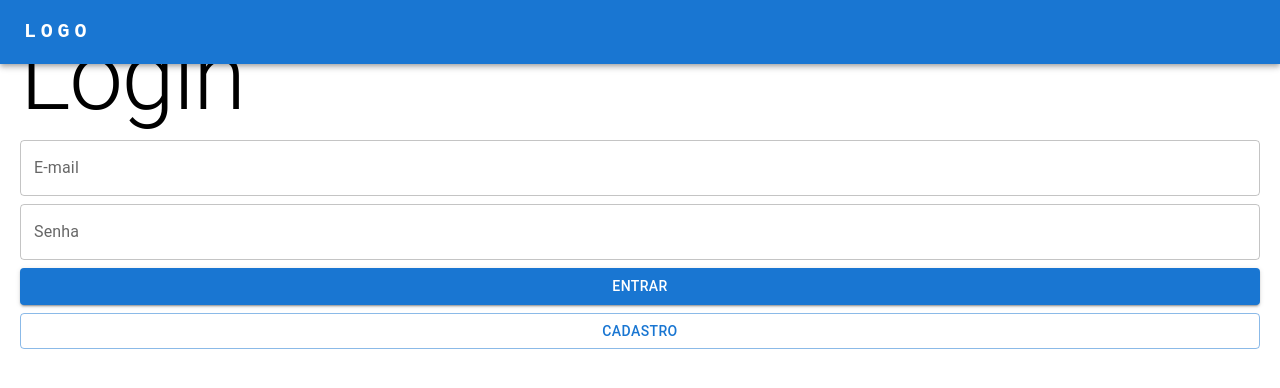
Repository: GabrielLeao02/sistema-react
Page: /
An editor plug-in stored every save of this project. The page is shown before and after the next save, followed by the edit.
The browser window is 1280 px wide. The pictures show the whole page.
The project was rebuilt for these pictures with package versions that can differ from the ones it lists, and the page was loaded fresh each time. Also part of the build but not shown: src/presenter/home/home.tsx, src/presenter/form/formUser.tsx.

Above is the page before, as saved 2023-07-25 13:52:11.

### index.html
<!DOCTYPE html>
<html lang="en">
  <head>
    <meta charset="UTF-8" />
    <link rel="icon" type="image/svg+xml" href="/vite.svg" />
    <meta name="viewport" content="width=device-width, initial-scale=1.0" />
    <title>Vite + React + TS</title>
    <style>
      html, body{
        margin: 0;
        padding: 0;
        box-sizing: border-box;
      }
    </style>
  </head>
  <body>
    <div id="root"></div>
    <script type="module" src="/src/main.tsx"></script>
  </body>
</html>

### src/App.tsx

import { Routes, Route, BrowserRouter } from 'react-router-dom';
import Home from './presenter/home/home';
import Register from './presenter/register/register';
import NavBar from './presenter/navBar/navBar';
import ContainerGlobal from './presenter/containerGlobal/containerGlobal';
import ContainerStyled from './presenter/containerGlobal/containerStyled';

function App() {
	return (
		<>
			<NavBar />
			<ContainerGlobal>

					<BrowserRouter>
						<Routes>
							<Route path='/' element={<Register />} />
							<Route path='/home' element={<ContainerStyled><Home /></ContainerStyled>} />
							<Route path='/register' element={<Register />} />
						</Routes>
					</BrowserRouter>

			</ContainerGlobal>
		</>
	);
}

export default App;

### src/presenter/register/register.tsx
import { useState } from 'react';
import FormUser from "../form/formUser";
import FormLogin from "../form/formLogin";

function Register() {
    const [mostrarBotao, setMostrarBotao] = useState(false);

    return (
        <>
            {mostrarBotao ? <FormUser setMostrarBotao={setMostrarBotao} /> : <FormLogin setMostrarBotao={setMostrarBotao} />}
        </>
    );
}

export default Register;

### src/presenter/navBar/navBar.tsx
import * as React from 'react';
import AppBar from '@mui/material/AppBar';
import Box from '@mui/material/Box';
import Toolbar from '@mui/material/Toolbar';
import IconButton from '@mui/material/IconButton';
import Typography from '@mui/material/Typography';
import Menu from '@mui/material/Menu';
import MenuIcon from '@mui/icons-material/Menu';
import Container from '@mui/material/Container';
import Avatar from '@mui/material/Avatar';
import Button from '@mui/material/Button';
import Tooltip from '@mui/material/Tooltip';
import MenuItem from '@mui/material/MenuItem';
import { styled } from "styled-components";

const NavBarStyled = styled.div`
  box-sizing: border-box;
  position: absolute;
  top: 0;
  width: 100%;
  display: flex;
  border: non;
  justify-content: space-between;
  align-items: center;
`;

const pages = ['register', 'Pricing', 'Blog'];
const settings = ['Profile', 'Account', 'Dashboard', 'Logout'];

const NavBar: React.VFC = () => {
    const [anchorElNav, setAnchorElNav] = React.useState<null | HTMLElement>(null);
    const [anchorElUser, setAnchorElUser] = React.useState<null | HTMLElement>(null);

    const handleOpenNavMenu = (event: React.MouseEvent<HTMLElement>) => {
        setAnchorElNav(event.currentTarget);
    };
    const handleOpenUserMenu = (event: React.MouseEvent<HTMLElement>) => {
        setAnchorElUser(event.currentTarget);
    };

    const handleCloseNavMenu = (event: string) => {
        window.location.href = "/" + event;
    };

    const handleCloseUserMenu = () => {
        setAnchorElUser(null);
    };

    return (
        <NavBarStyled>
            <AppBar position="static">
                <Container maxWidth="xl">
                    <Toolbar disableGutters>
                        <Typography
                            variant="h6"
                            noWrap
                            component="a"
                            href="/home"
                            sx={{
                                fontFamily: 'monospace',
                                fontWeight: 700,
                                letterSpacing: '.3rem',
                                color: 'inherit',
                                textDecoration: 'none',
                            }}
                        >
                            LOGO
                        </Typography>

                        {/* <Box sx={{ flexGrow: 1, display: { xs: 'flex', md: 'none' } }}>
                            <IconButton
                                size="large"
                                aria-label="account of current user"
                                aria-controls="menu-appbar"
                                aria-haspopup="true"
                                onClick={handleOpenNavMenu}
                                color="inherit"
                            >
                                <MenuIcon />
                            </IconButton>
                            <Menu
                                id="menu-appbar"
                                anchorEl={anchorElNav}
                                anchorOrigin={{
                                    vertical: 'bottom',
                                    horizontal: 'left',
                                }}
                                keepMounted
                                transformOrigin={{
                                    vertical: 'top',
                                    horizontal: 'left',
                                }}
                                open={Boolean(anchorElNav)}
                                onClose={handleCloseNavMenu}
                                sx={{
                                    display: { xs: 'block', md: 'none' },
                                }}
                            >
                                {pages.map((page) => (
                                    <MenuItem key={page} onClick={() => handleCloseNavMenu(page)}>
                                        <Typography textAlign="center">{page}</Typography>
                                    </MenuItem>
                                ))}
                            </Menu>
                        </Box>

                        <Box sx={{ flexGrow: 1, display: { xs: 'none', md: 'flex' } }}>
                            {pages.map((page) => (
                                <Button
                                    key={page}
                                    onClick={() => handleCloseNavMenu(page)}
                                    sx={{ my: 2, color: 'white', display: 'block' }}
                                >
                                    {page}
                                </Button>
                            ))}
                        </Box> */}

                        {/* <Box sx={{ flexGrow: 0 }}>
                            <Tooltip title="Open settings">
                                <IconButton onClick={handleOpenUserMenu} sx={{ p: 0 }}>
                                    <Avatar alt="Remy Sharp" src="/static/images/avatar/2.jpg" />
                                </IconButton>
                            </Tooltip>
                            <Menu
                                sx={{ mt: '45px' }}
                                id="menu-appbar"
                                anchorEl={anchorElUser}
                                anchorOrigin={{
                                    vertical: 'top',
                                    horizontal: 'right',
                                }}
                                keepMounted
                                transformOrigin={{
                                    vertical: 'top',
                                    horizontal: 'right',
                                }}
                                open={Boolean(anchorElUser)}
                                onClose={handleCloseUserMenu}
                            >
                                {settings.map((setting) => (
                                    <MenuItem key={setting} onClick={handleCloseUserMenu}>
                                        <Typography textAlign="center">{setting}</Typography>
                                    </MenuItem>
                                ))}
                            </Menu>
                        </Box> */}
                    </Toolbar>
                </Container>
            </AppBar>
        </NavBarStyled>
    );
};

export default NavBar;

### src/presenter/containerGlobal/containerGlobal.tsx
import styled from "styled-components";

const ContainerGlobal = styled.div`
    padding: 20px;
    box-sizing: border-box;
    width: 100%;
    display: flex;
    justify-content: center;

`
export default ContainerGlobal

### src/presenter/containerGlobal/containerStyled.tsx
import styled from "styled-components";

const ContainerStyled = styled.div`
  box-sizing: border-box;
  display: flex;
  justify-content: center;
  flex-direction: column;
  align-items: start;
  margin-top: 80px;
  width: 80%;
  max-width: 800px;
  background: rgba( 255, 255, 255, 0.35 );
  box-shadow: 0 8px 32px 0 rgba( 31, 38, 135, 0.37 );
  backdrop-filter: blur( 13.5px );
  -webkit-backdrop-filter: blur( 13.5px );
  border-radius: 10px;
  border: 1px solid rgba( 255, 255, 255, 0.18 );
  padding: 20px;
`;
export default ContainerStyled

### src/presenter/form/formLogin.tsx
import React, { useState } from "react";


import styled from "styled-components";
import { SelectChangeEvent, Button, TextField, Typography } from '@mui/material';
import sha256 from 'sha256';


const FormStyled = styled.div`
  box-sizing: border-box;
  display: flex;
  flex-direction: column;
  width: 100%;
  gap: 8px;
`;

type FormLoginProps = {
    setMostrarBotao: (value: boolean) => void;
};

function FormLogin({ setMostrarBotao }: FormLoginProps) {
    const [usuario_email_error, setUsuarioEmailError] = useState(false);
    const [emailErrorText, setEmailErrorText] = useState("");
    const [loading, setLoading] = useState(false);
    const [errorLogin, setErrorLogin] = useState(false);
    const [formData, setFormData] = useState({
        usuario_email: "",
        usuario_senha: ""
    });

    const handleChange = (e: SelectChangeEvent<string[]> | React.ChangeEvent<{ name: string; value: unknown }>) => {
        const { name, value } = e.target as HTMLInputElement;
        setFormData((prevData) => ({ ...prevData, [name]: value }));
    };

    const isEmailValid = (email: string) => {
        // Expressão regular para validar o email
        const emailRegex = /^[^\s@]+@[^\s@]+\.[^\s@]+$/;
        return emailRegex.test(email);
    };

    const login = () => {
        // Lógica do login

        // Após o login ser realizado com sucesso, chame a função setMostrarBotao
        setMostrarBotao(true);
    };

    const handleSubmit = async () => {
        setLoading(true)
        try {
            const { usuario_email, usuario_senha } = formData;

            if (!isEmailValid(usuario_email)) {
                setUsuarioEmailError(true)
                setEmailErrorText("Insira um email valido!")
                setLoading(false)
                return;
            } else {
                setUsuarioEmailError(false)
                setEmailErrorText("")
            }


            //   formData.usuario_senha = hashedPassword;
            const hashedPassword = sha256(usuario_senha);
            formData.usuario_senha = hashedPassword;

            const response = await fetch("http://localhost:5000/login", {
                method: "POST",
                headers: {
                    "Content-Type": "application/json",
                },
                body: JSON.stringify(formData),
            });

            if (!response.ok) {
                setLoading(false)
                throw new Error("Erro ao logar");
            } else {
                window.location.href = "/home";
            }

            setFormData({
                usuario_email: "",
                usuario_senha: ""
            });
        } catch (error) {
            console.error(error);
        }
    };

    return (
        <>
            <FormStyled>
                <div style={{ display: "flex", justifyContent: "start", alignItems: "center" }}>
                    <Typography variant="h1">Login</Typography>
                    {errorLogin ? <h1>teste</h1> : <></>}
                </div>

                <TextField
                    id="usuario_email"
                    name="usuario_email"
                    error={usuario_email_error}
                    label="E-mail"
                    type="email"
                    variant="outlined"
                    value={formData.usuario_email}
                    onChange={handleChange}
                    helperText={emailErrorText}
                />
                <TextField
                    id="usuario_senha"
                    name="usuario_senha"
                    label="Senha"
                    type="password"
                    variant="outlined"
                    value={formData.usuario_senha}
                    onChange={handleChange}
                />

                <Button variant="contained" onClick={handleSubmit}>
                    {loading ? "Carregando..." : "Entrar"}
                </Button>
                <Button variant="outlined" onClick={login}>Cadastro</Button>
            </FormStyled>
        </>
    );
}

export default FormLogin;

Loaded but not shown: src/main.tsx (common file)

After the next save:
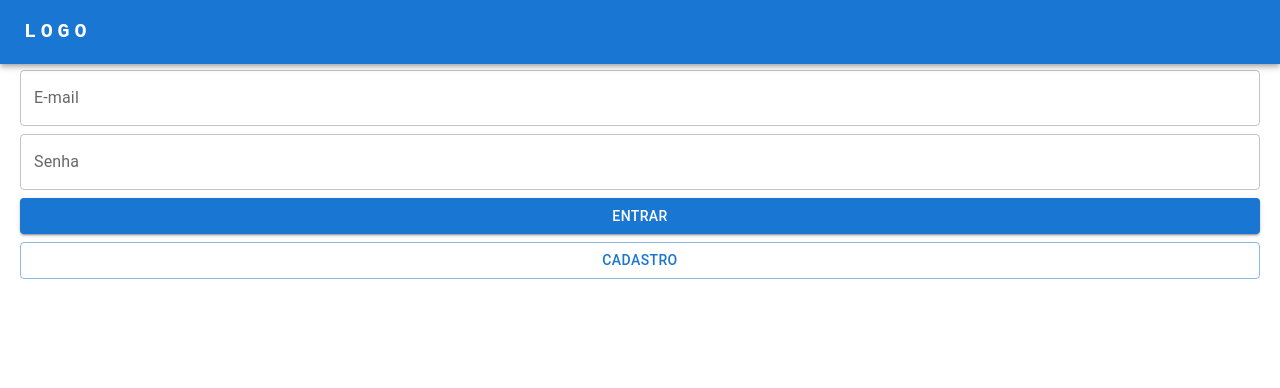
Saved 13 s later.
--- a/src/presenter/form/formLogin.tsx
+++ b/src/presenter/form/formLogin.tsx
@@ -94,7 +94,7 @@ function FormLogin({ setMostrarBotao }: FormLoginProps) {
         <>
             <FormStyled>
                 <div style={{ display: "flex", justifyContent: "start", alignItems: "center" }}>
-                    <Typography variant="h1">Login</Typography>
+                    <Typography variant="h4" >Login</Typography>
                     {errorLogin ? <h1>teste</h1> : <></>}
                 </div>
 
